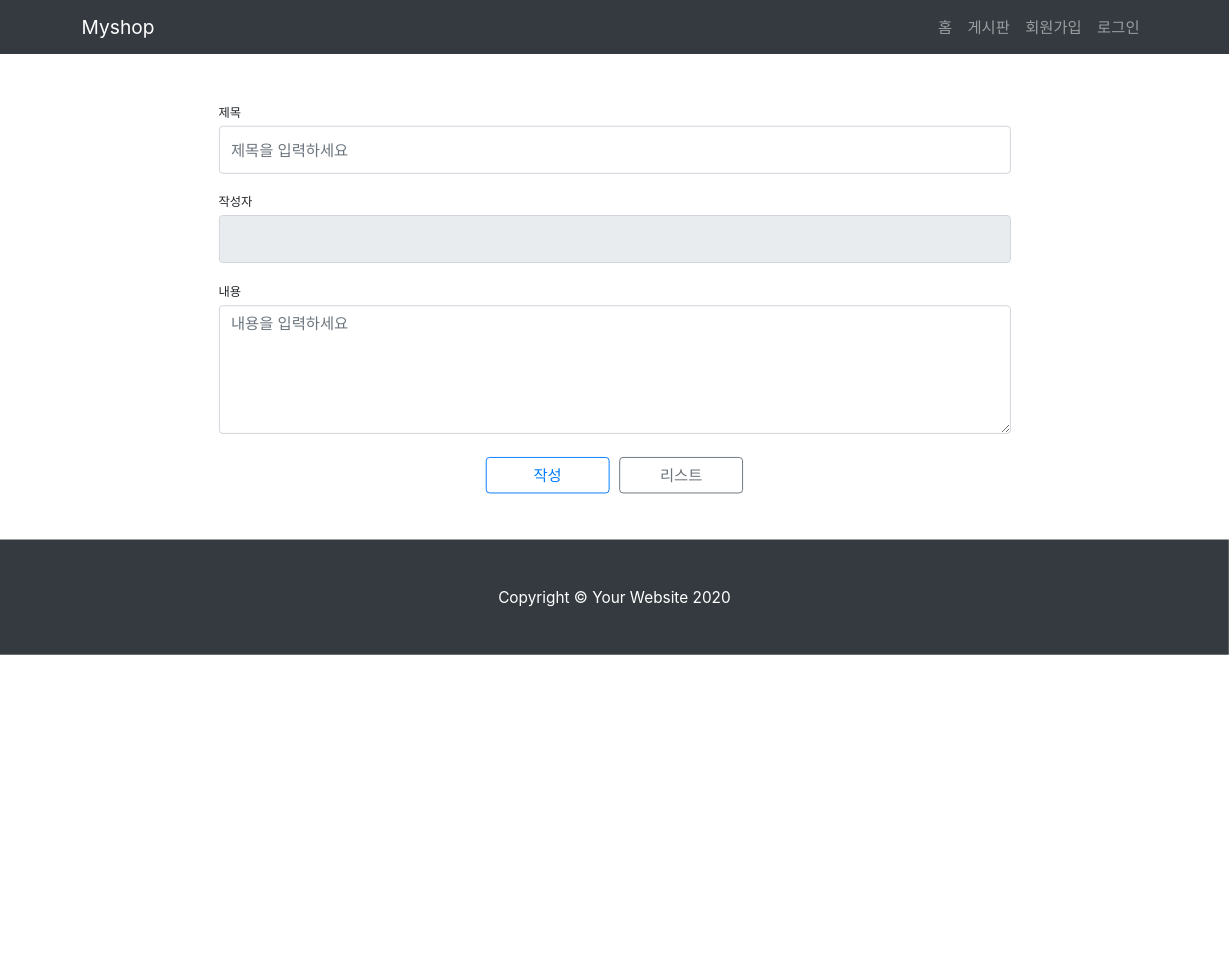
Repository: KimBiYam/ShoppingMallProject
Page: http://localhost/MyShop/WEB-INF/views/board/get.jsp
An editor plug-in stored every save of this project. The page is shown before and after the next save, followed by the edit.
The browser window is 1280 px wide. The pictures show the whole page, at 96% of full size.
The page is served by Tomcat 9. Nobody is signed in. The template is opened directly, without the code that normally fills it, so the values that code supplies are empty.

Above is the page before, as saved 2020-04-18 08:41:48.

After the next save:
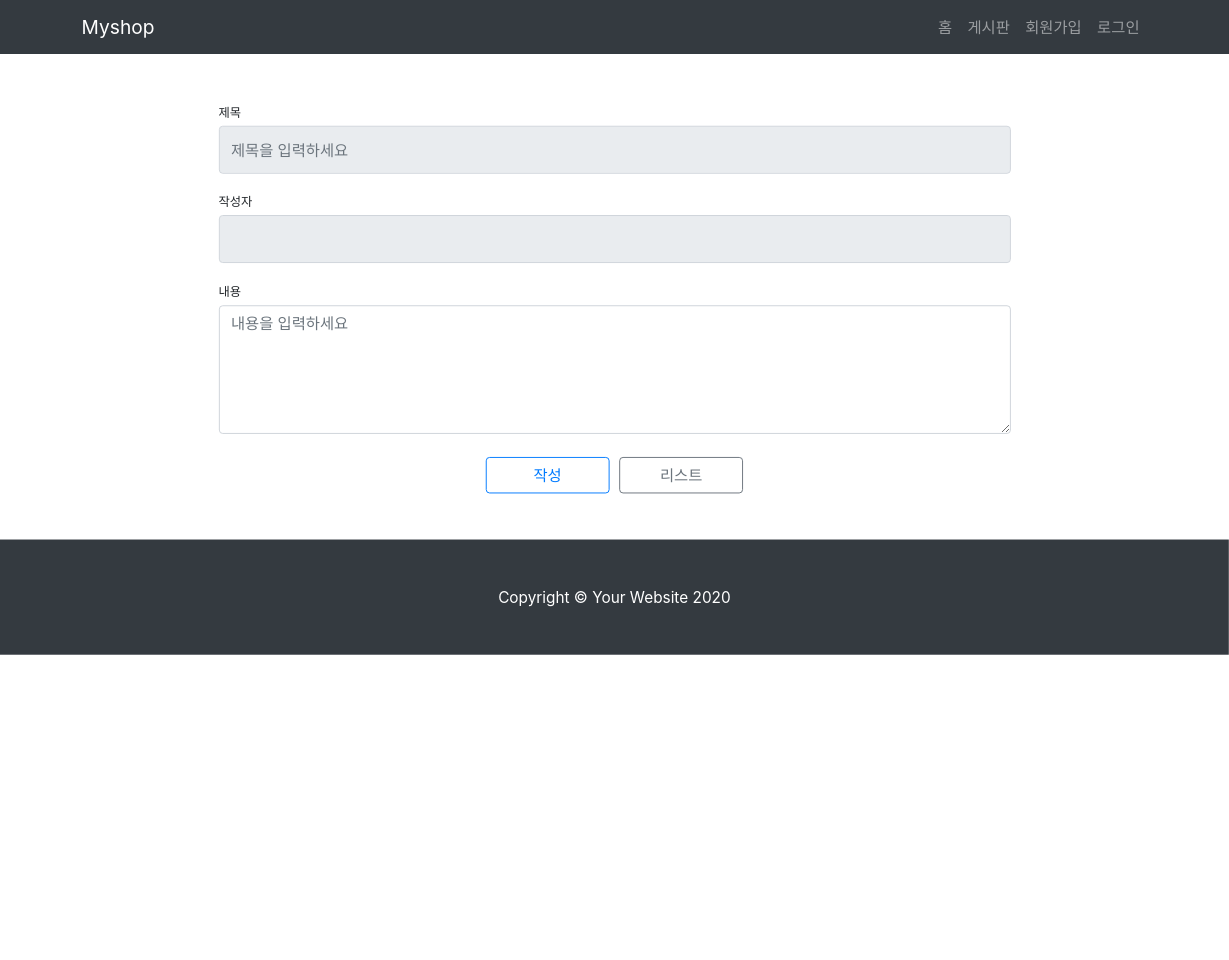
Saved 48 s later.
--- a/MyShop/src/main/webapp/WEB-INF/views/board/get.jsp
+++ b/MyShop/src/main/webapp/WEB-INF/views/board/get.jsp
@@ -23,7 +23,7 @@
 					<input type="hidden" name="${_csrf.parameterName }" value="${_csrf.token }">
 					<div class="form-group">
 						<label class="small mb-1" for="title">제목</label> <input class="form-control py-4" name="board_title" id="board_title" type="text"
-							placeholder="제목을 입력하세요" />
+							placeholder="제목을 입력하세요" readonly="readonly" />
 					</div>
 					<div class="form-group">
 						<label class="small mb-1" for="userid">작성자</label> <input
